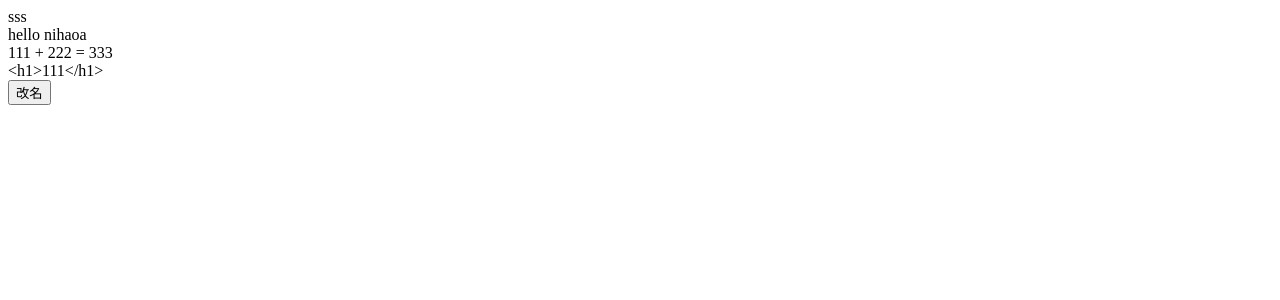
Repository: zgw88/vite-svelte
Page: /
These files come from the project's save history. The page is drawn as it stood at one moment and after the next save; the edit follows.
The browser window is 1280 px wide. The pictures show the whole page.
The project was rebuilt for these pictures with package versions that can differ from the ones it lists, and the page was loaded fresh each time. Also part of the build but not shown: vite.config.js, src/app.css.

Above is the page before, as saved 2022-08-08 16:46:08.

### src/App.svelte
<script>
  let name = 'nihaoa'
  let a = 111
  let b = 222
  let el1 = `<h1>${a}</h1>`

  const handleClick = () =>{
    name = 'henbuhao'
  }
</script>


<div title={name}>sss</div>
<div>hello {name}</div>
<span>{a} + {b} = {a + b}</span>
<div>{el1}</div>
<button on:click={handleClick}>改名</button>

Loaded but not shown: index.html (common file); src/main.js (common file)

After the next save:
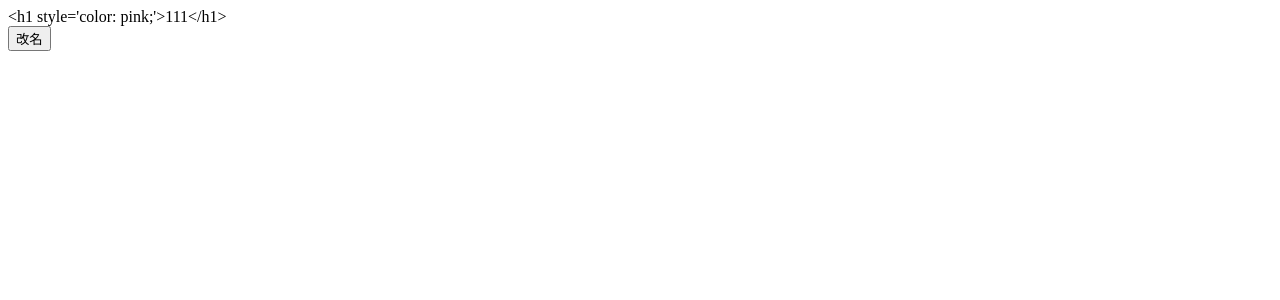
Saved 36 s later.
--- a/src/App.svelte
+++ b/src/App.svelte
@@ -2,7 +2,7 @@
   let name = 'nihaoa'
   let a = 111
   let b = 222
-  let el1 = `<h1>${a}</h1>`
+  let el1 = `<h1 style='color: pink;'>${a}</h1>`
 
   const handleClick = () =>{
     name = 'henbuhao'
@@ -10,8 +10,8 @@
 </script>
 
 
-<div title={name}>sss</div>
+<!-- <div title={name}>sss</div>
 <div>hello {name}</div>
-<span>{a} + {b} = {a + b}</span>
+<span>{a} + {b} = {a + b}</span> -->
 <div>{el1}</div>
 <button on:click={handleClick}>改名</button>
